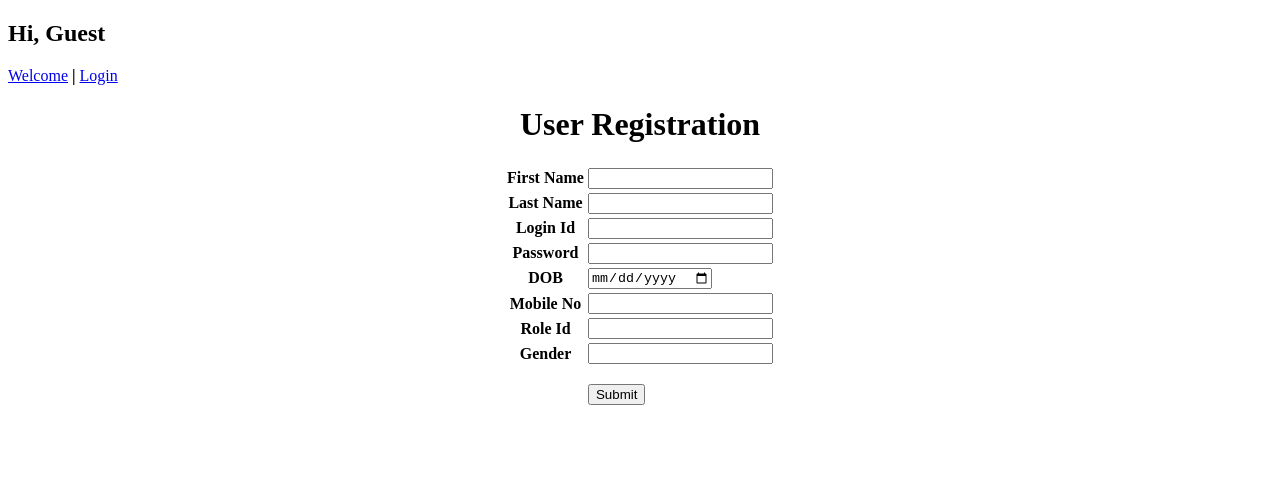
Repository: Ajay12Ajay/Advance_Java
Page: http://localhost/Advance_Web_Project/UserRegistrationView.jsp
These files come from the project's save history. The page is drawn as it stood at one moment and after the next save; the edit follows.
The browser window is 1280 px wide. The pictures show the whole page.
The page is served by Tomcat 9. Nobody is signed in. The application's start-up code is not run.

Above is the page before, as saved 2025-07-28 09:08:34.

After the next save:
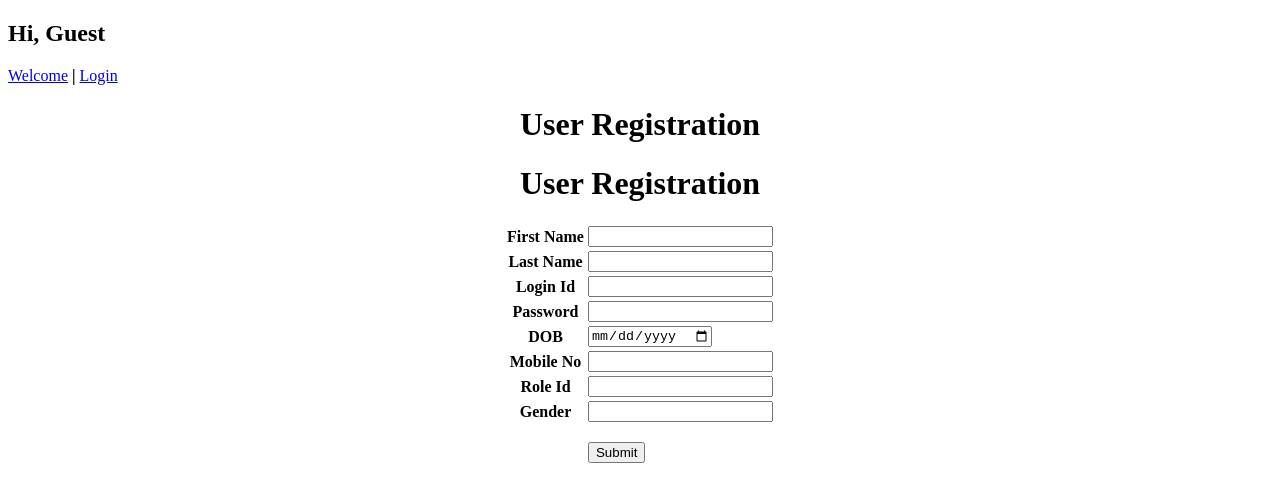
Saved 61 s later.
--- a/Advance_Web_Project/WebContent/UserRegistrationView.jsp
+++ b/Advance_Web_Project/WebContent/UserRegistrationView.jsp
@@ -8,7 +8,35 @@
 </head>
 <body>
 	<%@ include file="Header.jsp"%>
+
+	<%
+		String success = (String) request.getAttribute("success");
+		String error = (String) request.getAttribute("error");
+	%>
+
 	<div align="center">
+
+		<h1>User Registration</h1>
+		<%
+			if (success != null) {
+		%>
+		<h3>
+			<font color="green"><%=success%></font>
+		</h3>
+
+		<%
+			}
+		%>
+		<%
+			if (error != null) {
+		%>
+		<h3>
+			<font color="red"><%=error%></font>
+		</h3>
+
+		<%
+			}
+		%>
 		<form action="UserRegistrationCtl" method="post">
 			<h1>User Registration</h1>
 			<table>
